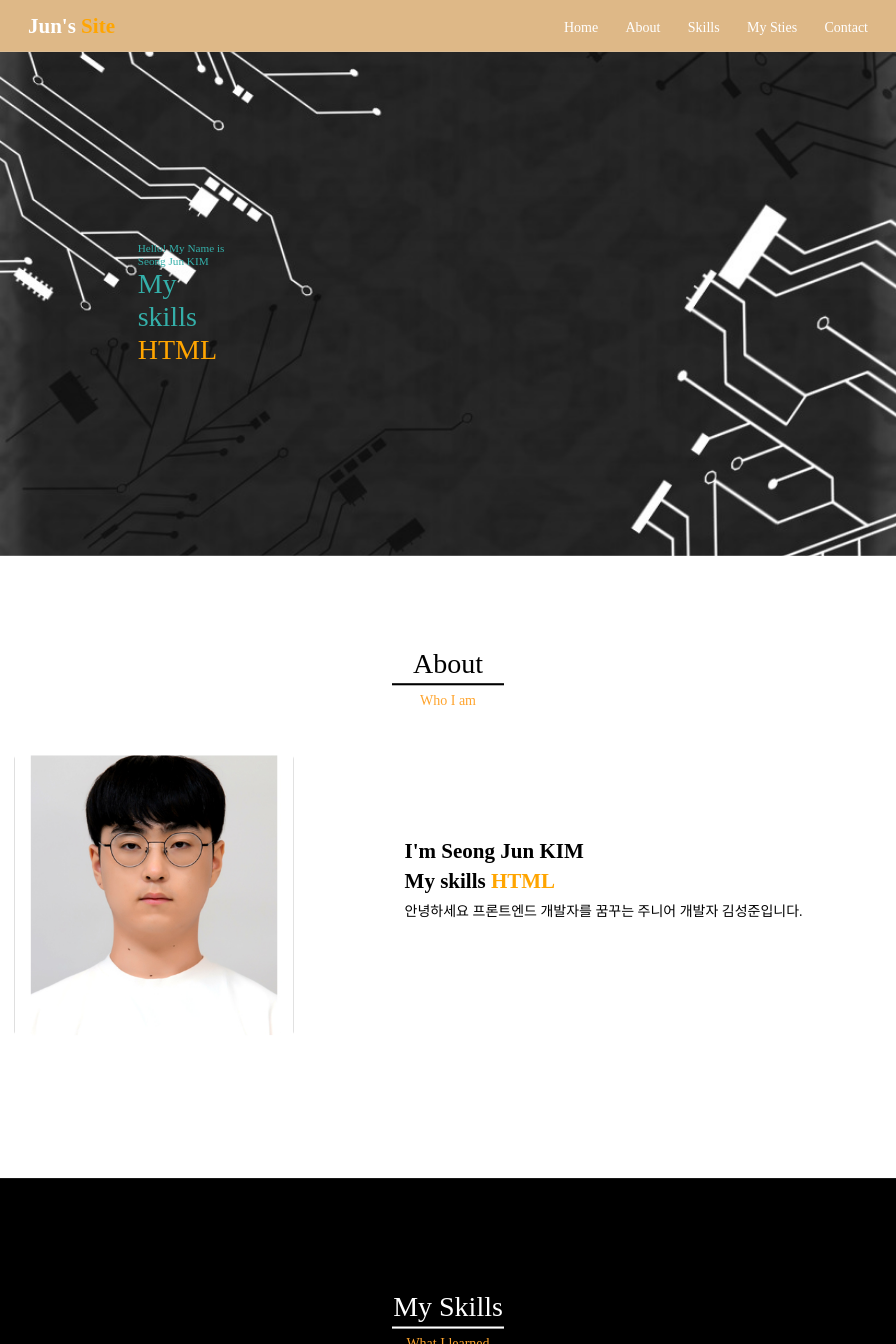
Repository: jun01270/jun
Page: index.html
The author's editor kept a copy of each file at every save. The page is drawn from the files as they stood at one save, then again after the next save.
The browser window is 1280 px wide. The pictures show the part of the page from y = 0 to 1920 px (the page is 3823 px tall), at 70% of full size.
Some web libraries are served in a nearby version.

Above is the page before, as saved 2023-05-11 17:49:03.

After the next save:
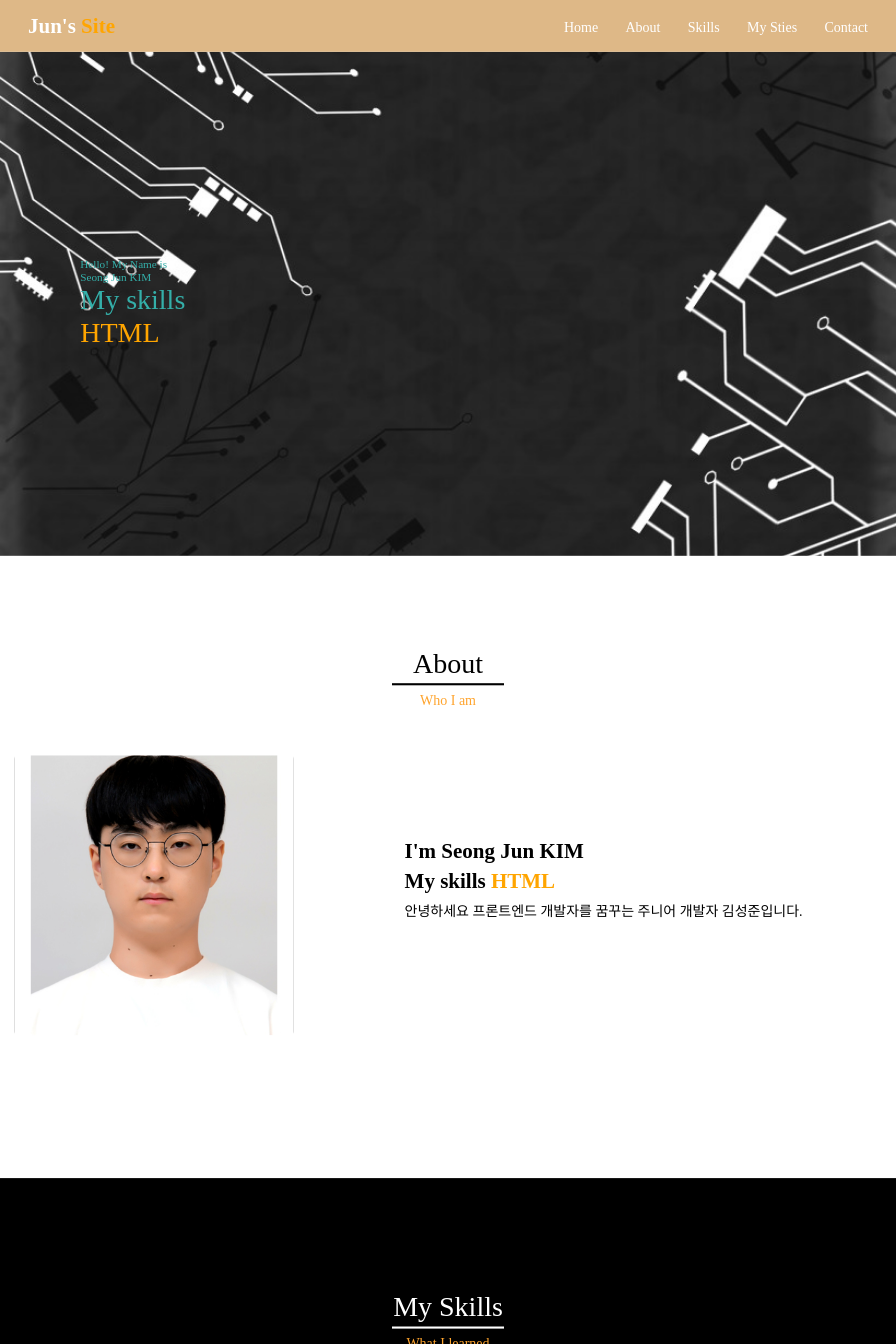
Saved 6 s later.
--- a/css/home.css
+++ b/css/home.css
@@ -12,7 +12,7 @@
 }
 
 .home .home-section {
-  margin-left: 50%;
+  margin-left: 20%;
 }
 
 .home .home-section .text1 {
